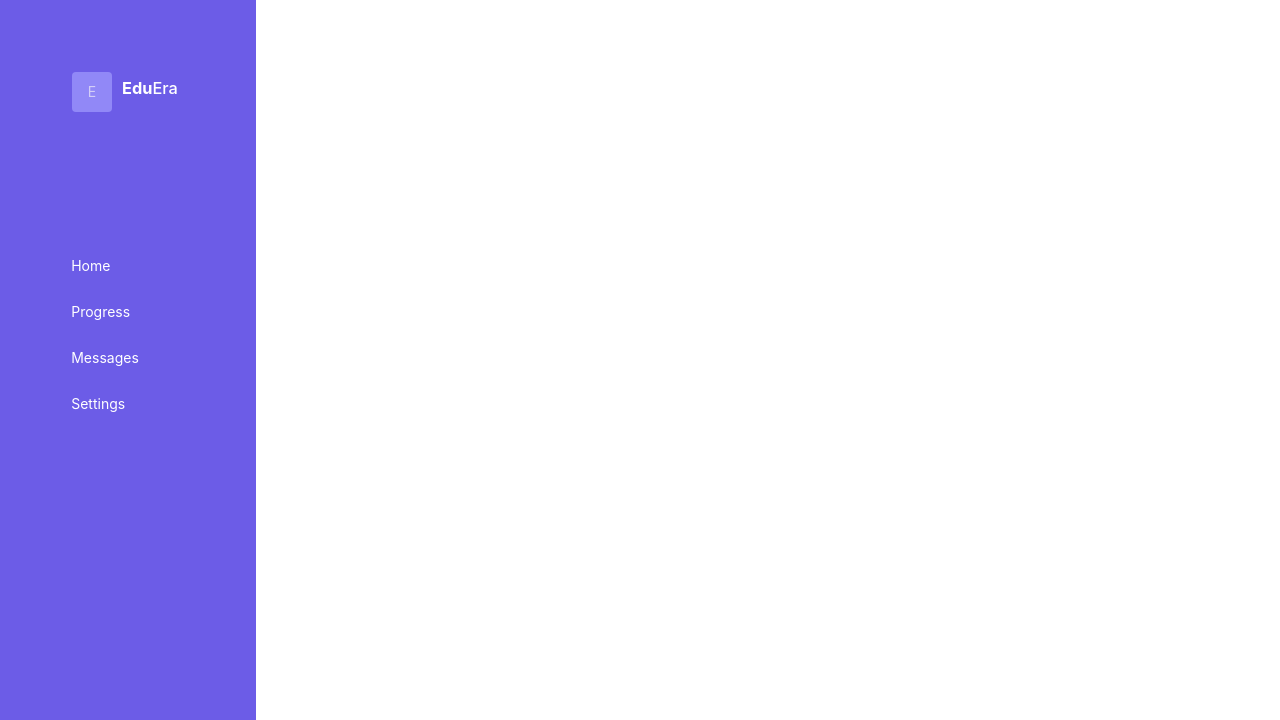
Repository: huynhnt1406/coursestorage
Page: / (app in coursestorage/)
The author's editor kept a copy of each file at every save. The page is drawn from the files as they stood at one save, then again after the next save.
The browser window is 1280 px wide. The pictures show the whole page.
The project was rebuilt for these pictures with package versions that can differ from the ones it lists, and the page was loaded fresh each time.

Above is the page before, as saved 2021-05-01 16:22:01.

After the next save:
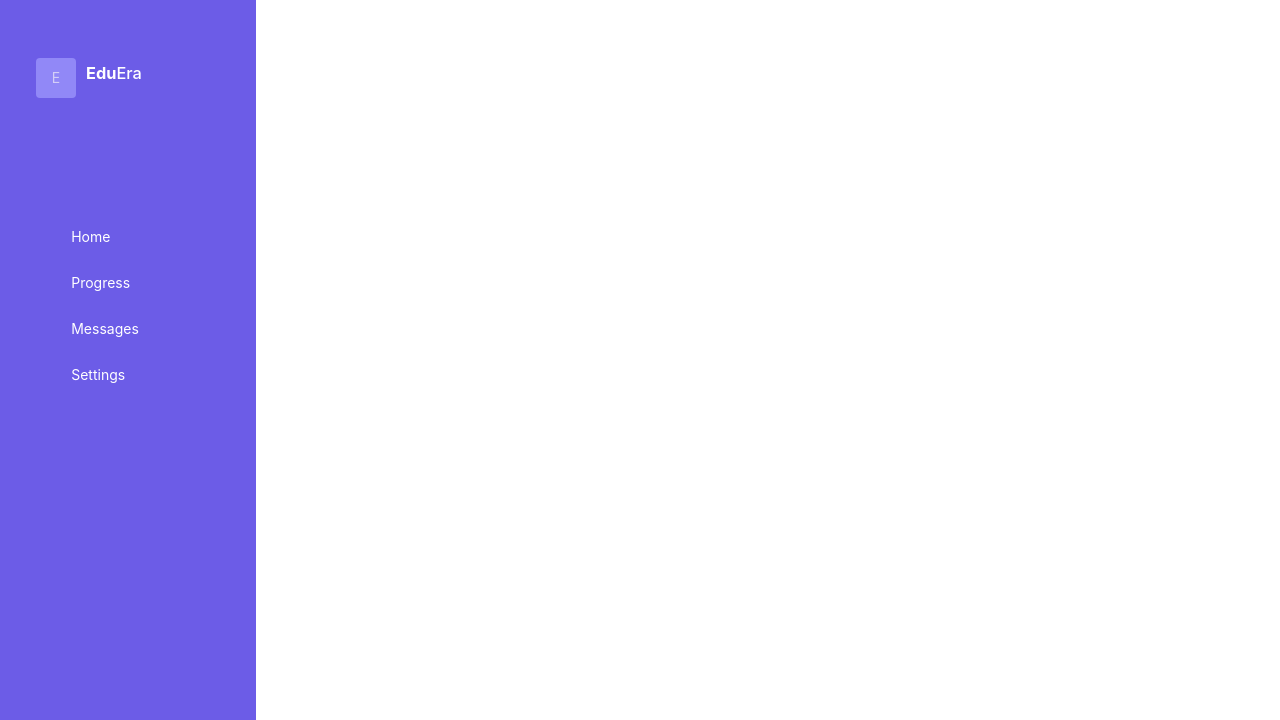
Saved 51 s later.
--- a/coursestorage/src/components/Sidebar.vue
+++ b/coursestorage/src/components/Sidebar.vue
@@ -39,7 +39,7 @@
 .sidebar-header{
     display: flex;
     align-items: center;
-    padding:10vh;
+    padding:8vh 0 8vh 5vh
 }
 .sidebar-header h3{
     color:white;
